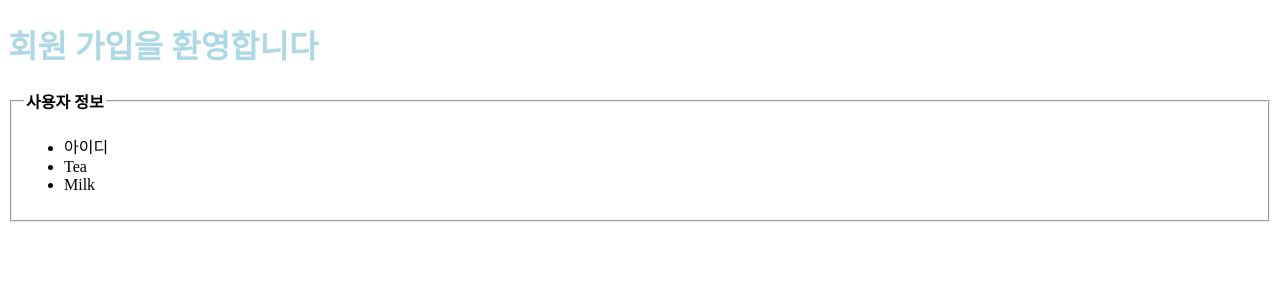
Repository: Kebiskim/2023_WebStudy
Page: 01_01_html/src/main/webapp/day04/Ex05_Form.html
The author's editor kept a copy of each file at every save. The page is drawn from the files as they stood at one save, then again after the next save.
The browser window is 1280 px wide. The pictures show the whole page.

Above is the page before, as saved 2023-06-22 03:36:30.

### 01_01_html/src/main/webapp/day04/Ex05_Form.html
<!DOCTYPE html>
<html>
<head>
<meta charset="UTF-8">
<title>Signup</title>
<style>
	h1{
		color:lightblue;
	}
</style>
</head>
<body>
	<h1>회원 가입을 환영합니다</h1>
	<fieldset>
	<legend><b>사용자 정보</b></legend>
	<ul>
 	<li>아이디</li>
 	<li>Tea</li>
 	<li>Milk</li>
	</ul>
	</fieldset>

</body>
</html>

After the next save:
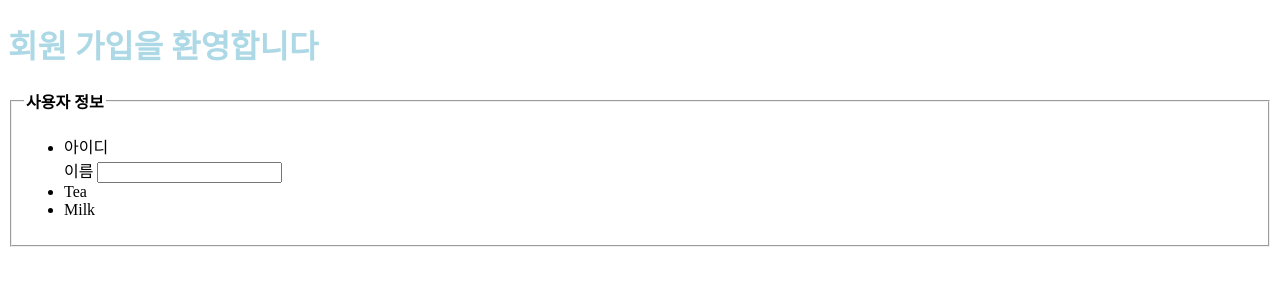
Saved 28 s later.
--- a/01_01_html/src/main/webapp/day04/Ex05_Form.html
+++ b/01_01_html/src/main/webapp/day04/Ex05_Form.html
@@ -14,7 +14,7 @@
 	<fieldset>
 	<legend><b>사용자 정보</b></legend>
 	<ul>
- 	<li>아이디</li>
+ 	<li>아이디</li><label for="name">이름 </label><input type="text" name="name" id="name">
  	<li>Tea</li>
  	<li>Milk</li>
 	</ul>
